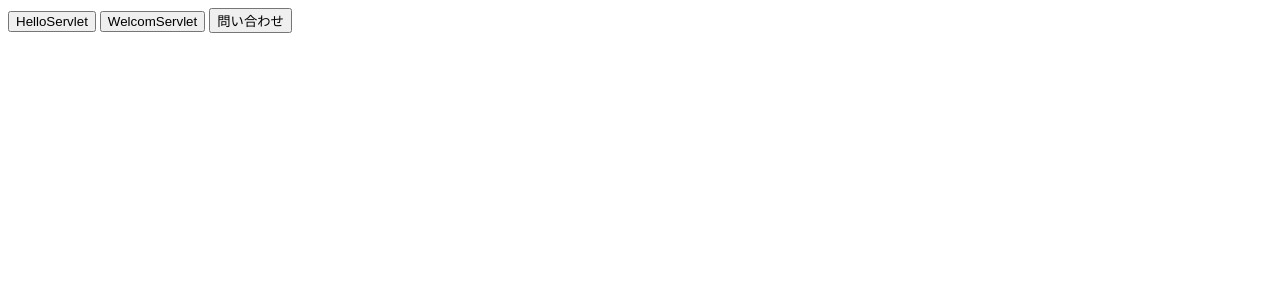
Repository: Guitared315/test
Page: http://localhost/HelloServlet/
An editor plug-in stored every save of this project. The page is shown before and after the next save, followed by the edit.
The browser window is 1280 px wide. The pictures show the whole page.
The page is served by Tomcat 9. Other server files are loaded and not shown.

Above is the page before, as saved 2018-03-01 01:43:52.

### Java/HelloServlet/WebContent/index.jsp
<%@ page language="java" contentType="text/html; charset=UTF-8"
    pageEncoding="UTF-8"%>
<!DOCTYPE html PUBLIC "-//W3C//DTD HTML 4.01 Transitional//EN" "http://www.w3.org/TR/html4/loose.dtd">
<html>
<head>
<meta http-equiv="Content-Type" content="text/html; charset=UTF-8">
<title>HelloServlet</title>
</head>
<body>
<input type="button" value="HelloServlet" onClick="location.href='HelloServlet'">
<input type="button" value="WelcomServlet" onClick="location.href='welcome.jsp'">
<input type="button" value="問い合わせ" onClick="location.href='inquiry.jsp'">
</body>
</html>

After the next save:
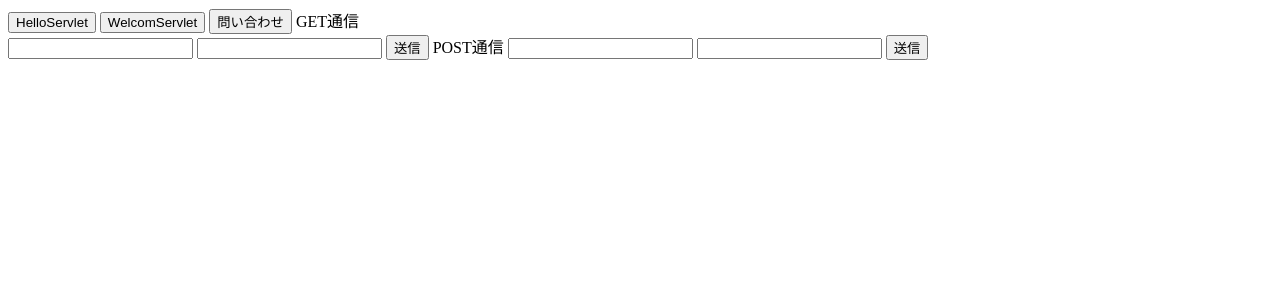
Saved 4 min 14 s later.
--- a/Java/HelloServlet/WebContent/index.jsp
+++ b/Java/HelloServlet/WebContent/index.jsp
@@ -10,5 +10,16 @@
 <input type="button" value="HelloServlet" onClick="location.href='HelloServlet'">
 <input type="button" value="WelcomServlet" onClick="location.href='welcome.jsp'">
 <input type="button" value="問い合わせ" onClick="location.href='inquiry.jsp'">
+GET通信
+<form method="get" action="TestServlet">
+<input type="text" name="username">
+<input type="password" name="password">
+<input type="submit" value="送信">
+POST通信
+<form method="get" action="TestServlet">
+<input type="text" name="username">
+<input type="password" name="password">
+<input type="submit" value="送信">
+</form>
 </body>
 </html>
